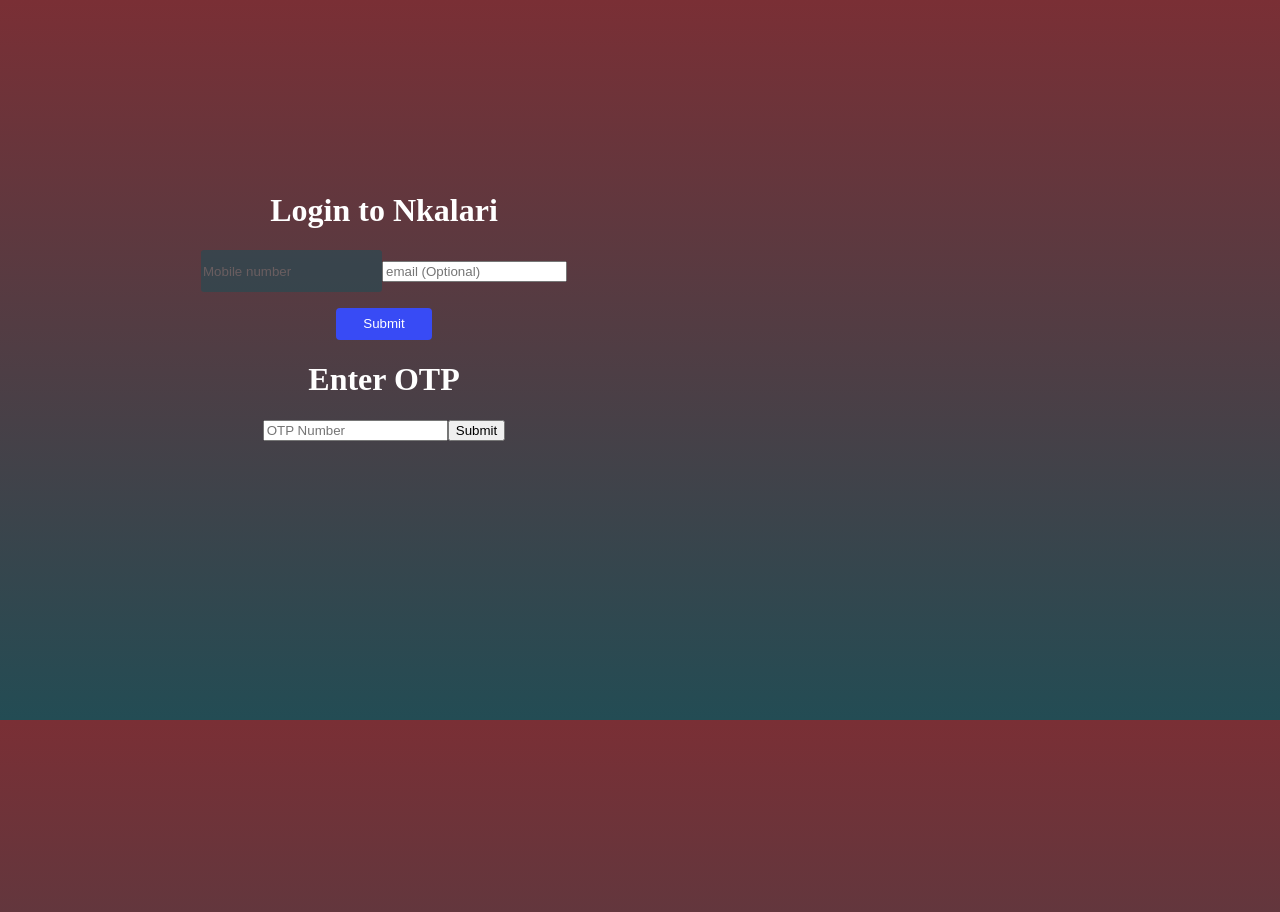
Repository: pesto-students/nkalari-fe-n12-eta2
Page: /
These files come from the project's save history. The page is drawn as it stood at one moment and after a run of saves; the edit follows.
The browser window is 1280 px wide. The pictures show the whole page.
The project was rebuilt for these pictures with package versions that can differ from the ones it lists, and the page was loaded fresh each time. Also part of the build but not shown: src/App.css, src/components/wallet/index.css, src/services/user.service.js, src/actions/user.action.js, src/components/wallet/Wallet.js, src/components/signup/Signup.js, src/components/OtpScreen/OtpScreen.js.

Above is the page before, as saved 2022-01-09 16:01:49.

### src/index.js
import React from "react";
import ReactDOM from "react-dom";
import "./index.css";
import App from "./App";
import reportWebVitals from "./reportWebVitals";
import { Provider } from "react-redux";
import { store } from "./helpers/store";

ReactDOM.render(
  <React.StrictMode>
    <Provider store={store}>
      <App />
    </Provider>
  </React.StrictMode>,
  document.getElementById("root")
);

// If you want to start measuring performance in your app, pass a function
// to log results (for example: reportWebVitals(console.log))
// or send to an analytics endpoint. Learn more: https://bit.ly/CRA-vitals
reportWebVitals();

### src/index.css
body,
html,
.App,
#root,
.main {
  width: 100%;
  height:100%;
  scroll-behavior: smooth;

}
body{
    margin: 0;
    padding: 0;
    text-align: center;
    background-image: linear-gradient(#7A2F35, #234C54);
  }

### src/App.js
import logo from "./logo.svg";
import "./App.css";
import React, { Component } from "react";
import Login from "./components/Login/Login";
import { Wallet } from "./components/wallet/Wallet";
import { history } from "./helpers/history";
import { Router, Route, Switch, BrowserRouter } from "react-router-dom";
import { Signup } from "./components/signup/Signup";
import OtpScreen from "./components/OtpScreen/OtpScreen";

class App extends Component {
  constructor(props) {
    super(props);
  }

  render() {
    return (
      <BrowserRouter>
        <Switch>
          <Route exact path="/" component={Login} />
          <Route exact path="/signup" component={Signup} />
          <Route exact path="/wallet" component={Wallet} />
          <Route exact path="/otp-verify" component={OtpScreen} />
        </Switch>
      </BrowserRouter>
    );
  }
}

export default App;

### src/helpers/store.js
import { createStore, applyMiddleware, compose } from "redux";
import thunkMiddleware from "redux-thunk";
import { createLogger } from "redux-logger";
import rootReducer from "./../reducers/rootReducer";


const composeEnhancers = window.__REDUX_DEVTOOLS_EXTENSION_COMPOSE__ || compose;

const loggerMiddleware = createLogger();

export const store = createStore(
  rootReducer,
  composeEnhancers(applyMiddleware(thunkMiddleware, loggerMiddleware))
);

### src/components/Login/Login.js
import { render } from "@testing-library/react";
import React, { Component } from "react"
import {Wallet} from "../wallet/Wallet";
import firebase from './../../helpers/firebase'
import {history} from './../../helpers/history'
import styles from './index.css';

class Login extends Component{
    constructor(props){
        super(props);

    }


handleChange = (e) =>{
    const {name, value } = e.target
    this.setState({
        [name]: value
      })
  }
  configureCaptcha = () =>{
    window.recaptchaVerifier = new firebase.auth.RecaptchaVerifier('sign-in-button', {
      'size': 'invisible',
      'callback': (response) => {

        this.onSignInSubmit();
        console.log("Recaptca varified")
      },
      defaultCountry: "IN"
    });
  }
  onSignInSubmit = (e) => {
    e.preventDefault()
    this.configureCaptcha()
    const phoneNumber = "+91" + this.state.mobile
    console.log(phoneNumber)
    const appVerifier = window.recaptchaVerifier;
    firebase.auth().signInWithPhoneNumber(phoneNumber, appVerifier)
        .then((confirmationResult) => {

          window.confirmationResult = confirmationResult;
          console.log("OTP has been sent")

        }).catch((error) => {

          console.log("SMS not sent")
        });
  }
  onSubmitOTP = (e) =>{
    e.preventDefault()
    const code = this.state.otp
    console.log(code)
    window.confirmationResult.confirm(code).then((result) => {
      // User signed in successfully.
      const user = result.user;
      console.log(JSON.stringify(user))
      return <Wallet></Wallet>

    }).catch((error) => {

    });
  }

render(){
    return(
        <div className="login-input-section">
        <h1 className="Login-heading">Login to Nkalari</h1>
        <form onSubmit={this.onSignInSubmit}>
          <div id="sign-in-button" ></div>
          <input className="mobile-input" type="number" name="mobile" placeholder="Mobile number" required onChange={this.handleChange}/>


          <input className="email-input" type="text" name="email" placeholder="email (Optional)" onChange={this.handleChange}/>

        </form>
        <button type="submit" className="btn-signin">Submit</button>

        <h1>Enter OTP</h1>
        <form onSubmit={this.onSubmitOTP}>
          <input type="number" name="otp" placeholder="OTP Number" required onChange={this.handleChange}/>
          <button type="submit">Submit</button>
        </form>
      </div>
    );
}

}

export default Login;

### src/reducers/rootReducer.jsx
import { combineReducers } from "redux";
import { getTransactions } from "./transactions.reducer";


const rootReducer = combineReducers({
    getTransactions:getTransactions
});

export default rootReducer;

### src/helpers/firebase.js
import firebase from 'firebase/compat/app';
import 'firebase/compat/auth';

var firebaseConfig = {
    apiKey: "AIzaSyDZjLb_085wvPOTY7agukIuBDpo2tSR5GM",
    authDomain: "nkalari-8f0ee.firebaseapp.com",
    projectId: "nkalari-8f0ee",
    storageBucket: "nkalari-8f0ee.appspot.com",
    messagingSenderId: "627102137961",
    appId: "1:627102137961:web:5232a754646159907d6cf8",
    measurementId: "G-GL01VM6V4Y"
  };

firebase.initializeApp(firebaseConfig);

export default firebase;

### src/components/Login/index.css

.login-input-section{
    width: 60%;
    height: 100%;
    color: white;
    margin-top: 15%;
    margin-left: 0;
}

.mobile-input{
    height: 40px;
    background-color: #234C54;
    opacity: 0.6;
    border-radius: 3px;
    border :none;
}

.btn-signin{
    width: 6rem;
    height: 2rem;
    background: #384BF5;
    border-radius: 4px;
    color: white;
    border: none;
    max-width: 100%;
    margin-top: 2%;

}

### src/components/OtpScreen/index.css

.login-input-section{
    width: 60%;
    height: 100%;
    color: white;
    margin-top: 15%;
    margin-left: 0;
}

.mobile-input{
    height: 40px;
    background-color: #234C54;
    opacity: 0.6;
    border-radius: 3px;
    border :none;
}

.btn-signin{
    width: 6rem;
    height: 2rem;
    background: #384BF5;
    border-radius: 4px;
    color: white;
    border: none;
    max-width: 100%;
    margin-top: 2%;

}

### src/reducers/transactions.reducer.js
import { userConstants } from '../constants/user.constants';

export function getTransactions(state = {}, action) {
    switch (action.type) {
        case userConstants.GETALL_REQUEST:
          return {
          };
        case userConstants.GETALL_SUCCESS:
          return{
              transactions : action.transactions

          };
        case userConstants.GETALL_FAILURE:
          return {
          };
        default:
          return state
      }
}

### src/constants/user.constants.js
export const userConstants = {
    REGISTER_REQUEST: 'USERS_REGISTER_REQUEST',
    REGISTER_SUCCESS: 'USERS_REGISTER_SUCCESS',
    REGISTER_FAILURE: 'USERS_REGISTER_FAILURE',

    LOGIN_REQUEST: 'USERS_LOGIN_REQUEST',
    LOGIN_SUCCESS: 'USERS_LOGIN_SUCCESS',
    LOGIN_FAILURE: 'USERS_LOGIN_FAILURE',

    LOGOUT: 'USERS_LOGOUT',

    GETALL_REQUEST: 'USERS_GETALL_REQUEST',
    GETALL_SUCCESS: 'USERS_GETALL_SUCCESS',
    GETALL_FAILURE: 'USERS_GETALL_FAILURE',
};

### src/components/NewLogin/NewLogin.js
const useState = React.useState

function Main(props) {
  const [loggedIn, setLoggedIn] = useState(false)

  return(
    <>
      {loggedIn ?  <AccountCreatedScreen setLoggedIn={setLoggedIn}/> : <CreateUserScreen setLoggedIn={setLoggedIn}/>}
    </>
  )
}

//Create Account
function CreateUserScreen(props) {

  const [email, setEmail] = useState()
  const [username, setUsername] = useState()
  const [password, setPassword] = useState()

  //error messages
  const [emailError, setEmailError] = useState("")
  const [usernameError, setUsernameError] = useState("")
  const [passwordError, setPasswordError] = useState("")

  // Validate email function
  function emailIsValid(email) {
    if (email == undefined  || email == '') {
      setEmailError("Must enter an email")
    } else if ( !/^[^\s@]+@[^\s@]+\.[^\s@]+$/.test(email)) {
      setEmailError("Must enter a valid email")
    } else {
      setEmailError('')
      return true
    }
  }

  // Validate username function
  function usernameIsValid(username) {
    if (username == undefined || username == '') {
      setUsernameError("Must enter a username")
    } else {
      setUsernameError('')
      return true
    }
  }

  // Validate password function
  function passwordIsValid (password) {
    if (password == undefined || password == '') {
      setPasswordError("Must enter a password")
    } else if (password.length < 8 || password.length > 12) {
      setPasswordError("Password must be 8 - 12 characters")
    } else {
      setPasswordError('')
      return true
    }
  }

  // Validate all data and submit form
  function handleSubmit(e) {
    e.preventDefault()
    //test email
    emailValid = emailIsValid(email)
    console.log(emailValid)
    //test username
    usernameValid = usernameIsValid(username)
    console.log(usernameValid)
    //test password
    passwordValid = passwordIsValid(password)
    console.log(passwordValid)
    //set log in to true
    if(emailValid === true && usernameValid === true && passwordValid === true) {
      props.setLoggedIn(true)
    }
  }

  return(
    <div className="container">
      <div className="text-box column">
        <h1>WELCOME TO THE JUNGLE</h1>
        <p>Lorem ipsum dolor sit amet, consectetur adipiscing elit. Mauris eget urna blandit, efficitur felis eget, imperdiet massa. Mauris egestas risus sed sodales facilisis. Donec vitae sapien rhoncus, laoreet velit vitae, tincidunt enim.</p>
       <div className="learn-more">
           <div className="play-icon">
              <p>&#9654;</p>
            </div>
            <div className="text">
              <p>Learn More</p>
            </div>
          </div>
        </div>
      <div className="login-box column">

        <form onSubmit={handleSubmit}>
          <div className="form-group">
            <label htmlFor="email-register">
              <small>Email</small>
              <input onChange={e => setEmail(e.target.value)} name="email" placeholder="your@example.com" />
              <small class="error">{emailError}</small>
            </label>
          </div>
          <div className="form-group">
            <small>Username</small>
            <input onChange={e => setUsername(e.target.value)} name="username" placeholder="Pick a Username" type="text"/>
            <small class="error">{usernameError}</small>
          </div>
          <div className="form-group">
            <small>Password</small>
            <input onChange={e => setPassword(e.target.value)} name="password" placeholder="8-12 Characters" type="password"/>
            <small class="error">{passwordError}</small>
          </div>
          <div className="form-group">
            <button type="submit">Sign up</button>
          </div>
        </form>

      </div>
    </div>
  )
}

//Account Created Screen
function AccountCreatedScreen(props) {

  function logOut(e) {
    props.setLoggedIn(false)
  }

  return(
    <div className="container">
      <div className="text-box column">
        <h1>WELCOME TO THE JUNGLE</h1>
        <p>Thanks for signing up!</p>
        </div>
      <div className="login-box column">
        <iframe src="https://giphy.com/embed/YAfCAzDS0WmwU" width="100%" height="360" frameBorder="0" class="giphy-embed" allowFullScreen></iframe>
          <div className="form-group">
            <button onClick={logOut} type="submit">Back to Main Screen</button>
          </div>
        </div>
      </div>
  )
}


export default Main;

Loaded but not shown: public/index.html (common file); src/reportWebVitals.js (common file); src/helpers/history.js (common file)

After the next 2 saves:
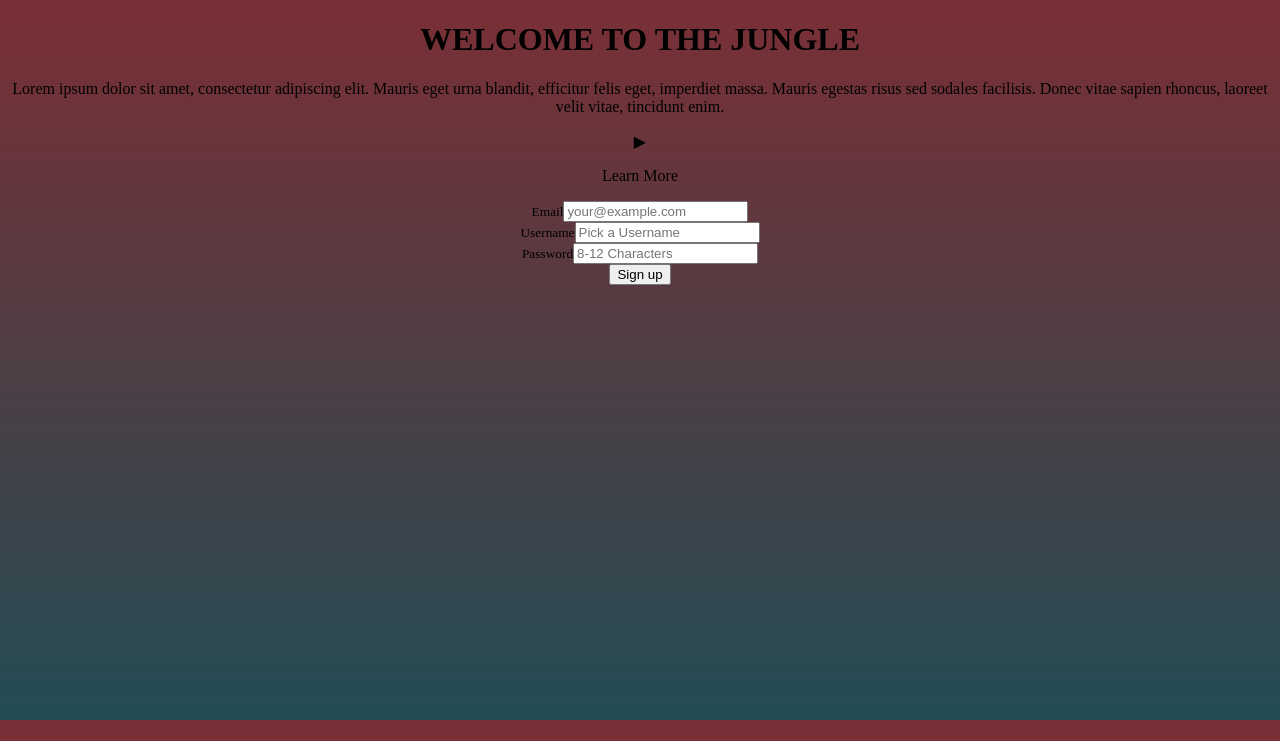
The 2 saves are shown as one change because 1 did not build or start.
The last was saved 3 min 34 s later.
--- a/src/App.js
+++ b/src/App.js
@@ -7,6 +7,7 @@
 import { Router, Route, Switch, BrowserRouter } from "react-router-dom";
 import { Signup } from "./components/signup/Signup";
 import OtpScreen from "./components/OtpScreen/OtpScreen";
+import Main from "./components/NewLogin/NewLogin";
 
 class App extends Component {
   constructor(props) {
@@ -17,7 +18,7 @@
     return (
       <BrowserRouter>
         <Switch>
-          <Route exact path="/" component={Login} />
+          <Route exact path="/" component={Main} />
           <Route exact path="/signup" component={Signup} />
           <Route exact path="/wallet" component={Wallet} />
           <Route exact path="/otp-verify" component={OtpScreen} />
--- a/src/components/NewLogin/NewLogin.js
+++ b/src/components/NewLogin/NewLogin.js
@@ -1,3 +1,5 @@
+import React, { Component } from "react"
+
 const useState = React.useState
 
 function Main(props) {
